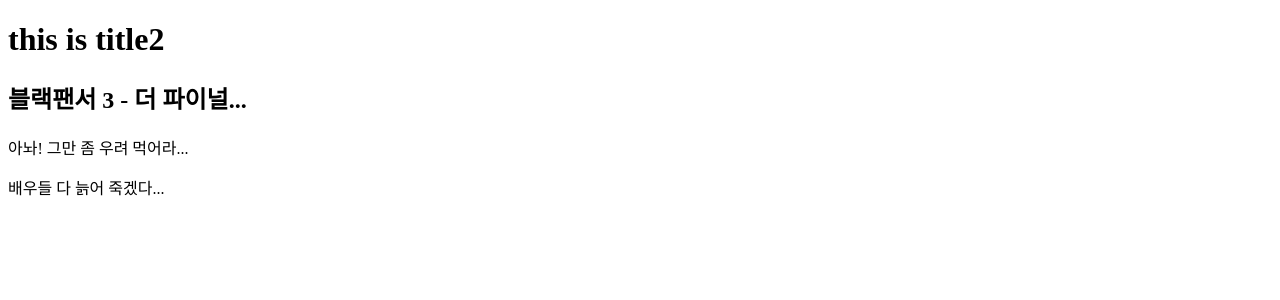
Repository: HyungKuIm/jpa1130
Page: http://localhost/index
An editor plug-in stored every save of this project. The page is shown before and after the next save, followed by the edit.
The browser window is 1280 px wide. The pictures show the whole page.
The page is this project's Thymeleaf template; nobody is signed in. The template is opened directly, without the code that normally fills it, so the values that code supplies are empty.

Above is the page before, as saved 2022-10-31 07:35:14.

### demo/src/main/resources/templates/index.html
<!DOCTYPE html>
<html xmlns:th="http://www.thymeleaf.org">
<head>
<meta charset="UTF-8">
<title>top page</title>
</head>
<body>
	<h1 th:text="#{content.title}"></h1>
	<div th:include="part :: frag_body">
		<p>여기는 메인 컨텐츠가 들어갈 곳입니다.</p>
	</div>
</body>
</html>

### demo/src/main/resources/messages.properties
content.title = this is title2
content.message = this is message2

### demo/src/main/resources/templates/part.html
<!DOCTYPE html>
<html xmlns:th="http://www.thymeleaf.org">
<head>
<meta charset="UTF-8">
<title>part page</title>
<style th:fragment="frag_style">
	div.fragment {
		border: solid 3px lightgray;
		padding: 0px 20px;
	}
</style>
</head>
<body>
	<h1>Part Page</h1>
	<div th:fragment="frag_body">
		<h2>블랙팬서 3 - 더 파이널...</h2>
		<div class="fragment">
			<p>아놔! 그만 좀 우려 먹어라...</p>
			<p>배우들 다 늙어 죽겠다...</p>
		</div>
	</div>
</body>
</html>

After the next save:
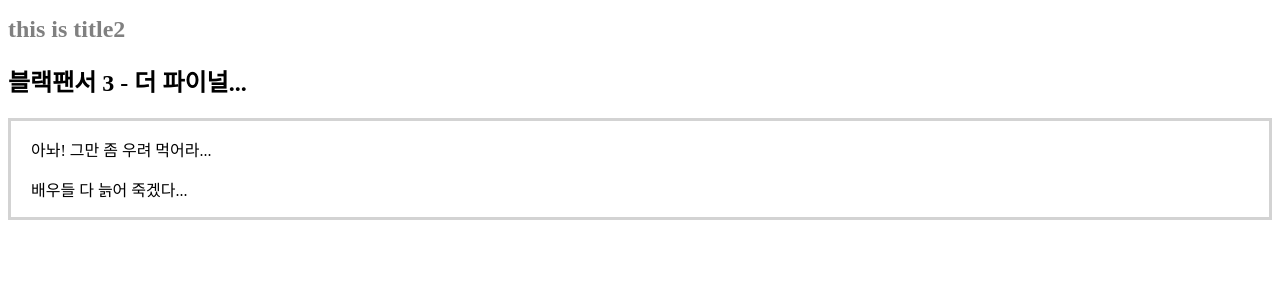
Saved 112 s later.
--- a/demo/src/main/resources/templates/index.html
+++ b/demo/src/main/resources/templates/index.html
@@ -3,6 +3,14 @@
 <head>
 <meta charset="UTF-8">
 <title>top page</title>
+<style>
+	h1 {
+		font-size:18pt;
+		font-weight: bold;
+		color: gray;
+	}
+</style>
+<style th:include="part :: frag_style"></style>
 </head>
 <body>
 	<h1 th:text="#{content.title}"></h1>
